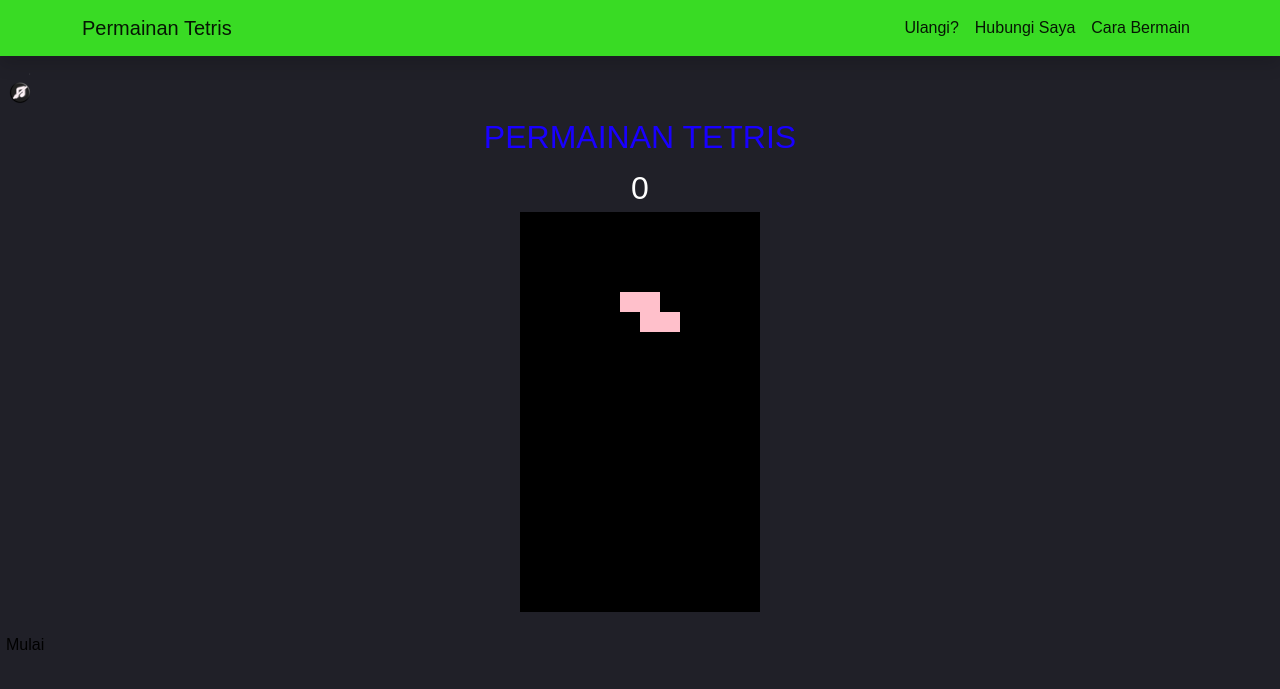
Repository: GwendiWisnuAnggoro/GwendiWisnuAnggoro.github.io
Page: Bahasa Indonesia/game/Tetris/tetris.html
These files come from the project's save history. The page is drawn as it stood at one moment and after the next save; the edit follows.
The browser window is 1280 px wide. The pictures show the whole page.

Above is the page before, as saved 2023-02-07 17:22:02.

After the next save:
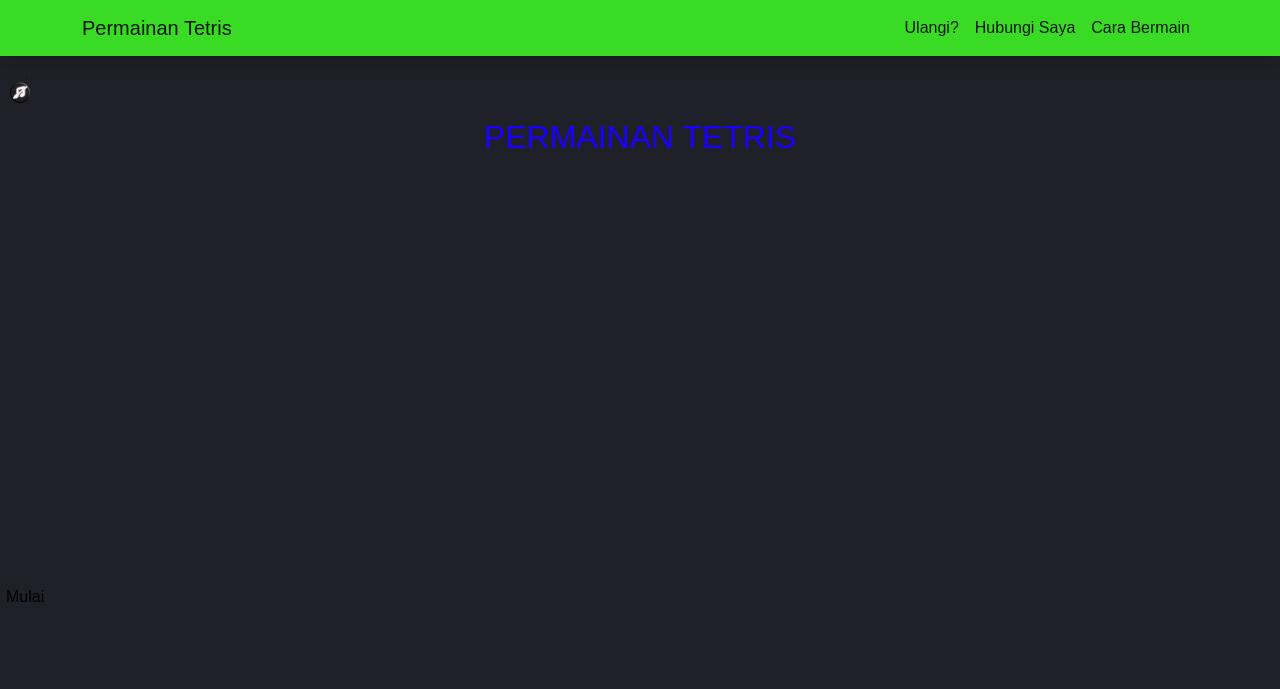
Saved 4 s later.
--- a/Bahasa Indonesia/game/Tetris/tetris.js
+++ b/Bahasa Indonesia/game/Tetris/tetris.js
@@ -304,11 +304,11 @@ document.addEventListener('keydown', event => {
 
 
 document.getElementById("Mulai").addEventListener("click", ()=>{
+    playerReset();
+    updateScore();
+    update();
 
 })
-playerReset();
-updateScore();
-update();
 
 // musik program
 var musik = new Audio();
